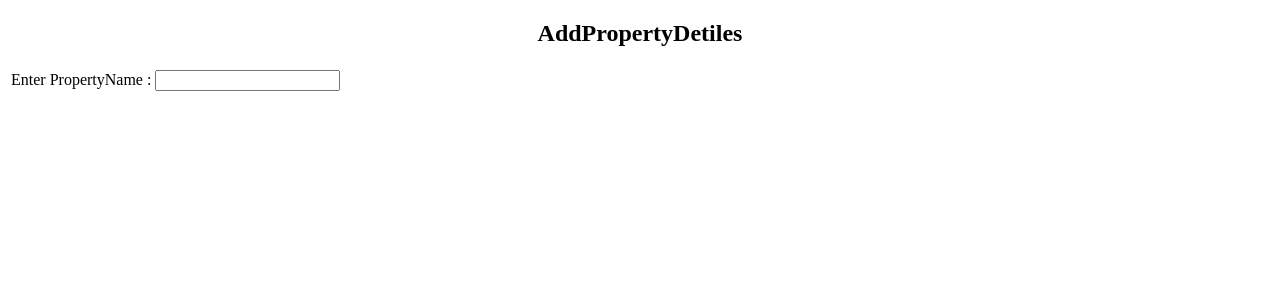
Repository: khadri2021/A2023_Task_Property_Management
Page: http://localhost/AdderssMakersWeb/Modify.jsp
An editor plug-in stored every save of this project. The page is shown before and after the next save, followed by the edit.
The browser window is 1280 px wide. The pictures show the whole page.
The page is served by Tomcat 9.

Above is the page before, as saved 2024-02-10 03:19:36.

After the next save:
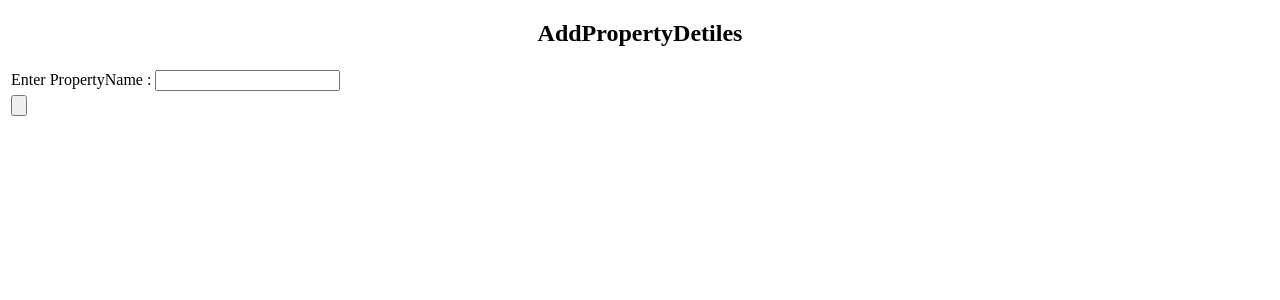
Saved 2 h 7 min later.
--- a/AdderssMakersWeb/WebContent/Modify.jsp
+++ b/AdderssMakersWeb/WebContent/Modify.jsp
@@ -15,6 +15,7 @@
 <td>Enter PropertyName :</td>
 <td><input type="text" name="ProName"></td>
 </tr>
+<tr><td> <input type="button" value=""Search Property></td></tr>
 
 </body>
 </html>
